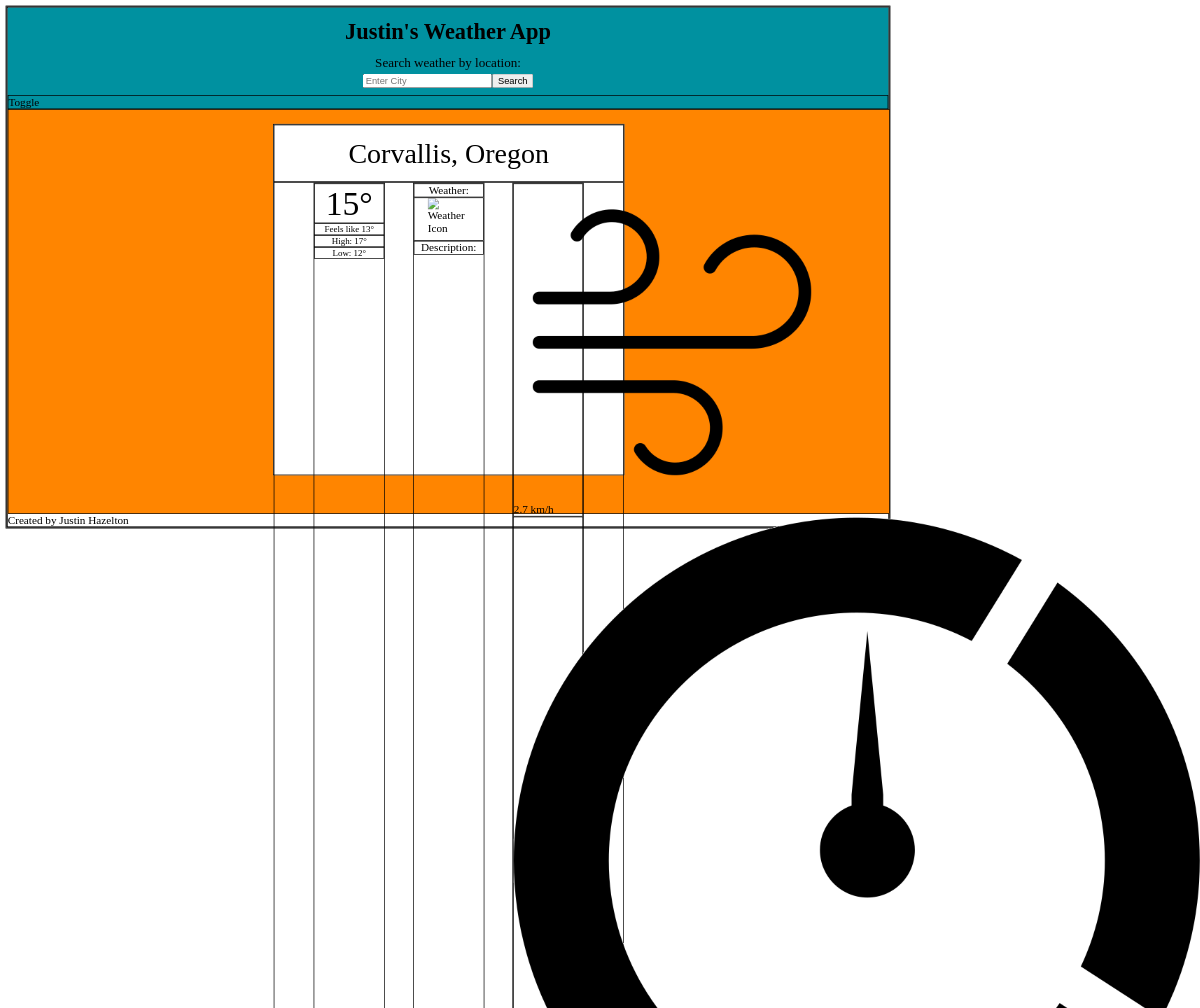
Repository: J-Haze/Weather
Page: /
The author's editor kept a copy of each file at every save. The page is drawn from the files as they stood at one save, then again after the next save.
The browser window is 1280 px wide. The page is 1714 px wide, then 1280 px, so the pictures cover 1714 px, including what lies to the right of the window. The pictures show the part of the page from y = 0 to 1440 px (the page is 2216 px tall before and 763 px after), at 70% of full size.
The project was rebuilt for these pictures with package versions that can differ from the ones it lists, and the page was loaded fresh each time. Also part of the build but not shown: src/index.css.

Above is the page before, as saved 2020-09-06 21:36:35.

### public/index.html
<!DOCTYPE html>
<html lang="en">
  <head>
    <meta charset="utf-8" />
    <link rel="icon" href="%PUBLIC_URL%/favicon.ico" />
    <meta name="viewport" content="width=device-width, initial-scale=1" />
    <meta name="theme-color" content="#000000" />
    <meta
      name="description"
      content="Web site created using create-react-app"
    />
    <link rel="apple-touch-icon" href="%PUBLIC_URL%/logo192.png" />
    <!--
      manifest.json provides metadata used when your web app is installed on a
      user's mobile device or desktop. See https://developers.google.com/web/fundamentals/web-app-manifest/
    -->
    <link rel="manifest" href="%PUBLIC_URL%/manifest.json" />
    <!--
      Notice the use of %PUBLIC_URL% in the tags above.
      It will be replaced with the URL of the `public` folder during the build.
      Only files inside the `public` folder can be referenced from the HTML.

      Unlike "/favicon.ico" or "favicon.ico", "%PUBLIC_URL%/favicon.ico" will
      work correctly both with client-side routing and a non-root public URL.
      Learn how to configure a non-root public URL by running `npm run build`.
    -->
    <title>Weather App ⛅</title>
  </head>
  <body>
    <noscript>You need to enable JavaScript to run this app.</noscript>
    <div id="root"></div>
    <!--
      This HTML file is a template.
      If you open it directly in the browser, you will see an empty page.

      You can add webfonts, meta tags, or analytics to this file.
      The build step will place the bundled scripts into the <body> tag.

      To begin the development, run `npm start` or `yarn start`.
      To create a production bundle, use `npm run build` or `yarn build`.
    -->
  </body>
</html>

### src/App.js
import React from "react";
import "./App.css";
import Weather from "./components/Weather"


// import Results from "./components/Results"

function App() {
  return (
    <div className="App" >
      <Weather />
    </div >
  )

}

export default App;

### src/App.css
:root{
    --light-blue: rgb(0,145,160);
    --orange: rgb(255, 133, 0);
    --dark-blue: rgb(0, 39, 96);
}

div {
    border: solid black 1px;
}

/* #root{
        width: 100%;
        height: 100%;
        bottom: 0px;
}

#app{
        width: 100%;
        height: 100%;
        bottom: 0px;
} */

header{
    background-color: var(--light-blue);
    display: flex;
    flex-direction: column;
    margin-left: auto;
    margin-right: auto;
    justify-content: center;
}

#title{
    display: flex;
    margin-left: auto;
    margin-right: auto;
    justify-content: center;
    /* align-items: center; */
    font-size: 2em;
    margin-top: 15px;
    margin-bottom: 15px;
    font-weight: bold;

    border: none;
}

#subtitle{
    display: flex;
    justify-content: center;
     align-items: center;
     margin-top: none;
     margin-bottom: 5px;;
    font-size: 1.17em;

    border: none;
}

#form{
    display: flex;
    margin-bottom: 10px;
}

#search-box{
    display: flex;
        margin-left: auto;
    justify-content: center;
     align-items: center;

}

#search-button{
    margin-right: auto;

      position: relative;
  /* width: 30px; */
  /* height: 30px;
  line-height: 30px; */
  color: black;
  /* flex-shrink: 0; */
}

#fa-search-location{
    display: flex;
    height: 100%;
    width: 100%;
    color: black;
}

#results-section{
    background-color: var(--orange);
    width: 100%;
    margin-top: 0px;
    height: 100%;
    min-height: 80vh;
}



#results-card{
    background-color: white;
    width: 500px;
    height: 500px;
    margin-top: 20px;
    margin-left: auto;
    margin-right: auto;
}

.location{
    display: flex;
    margin-left: auto;
    margin-right: auto;
    justify-content: center;
     align-items: center;
     height: 80px;
     font-size: 2.5em;
}

.row{
    display: flex;
}

.temp-container{
    margin-left: auto;
    width: 100px;
}

.weather-container{
    margin-left: 40px;
    margin-right: 40px;
    width: 100px;
}

.other-container{
    margin-right: auto;
    width: 100px;
}

.temp-main{
    display: flex;
    font-size: 3em;
    justify-content: center;
    align-items: center;
}

.temp{
        display: flex;
    font-size: .8em;
    justify-content: center;
    align-items: center;
}

.mid{
    display: flex;
    justify-content: center;
    align-items: center;
}

.weather{
    margin-top: 0px;
    margin-bottom: auto;
}

.icon{
    height: 60px;
    width: 60px;
    margin-top: auto;
    margin-bottom: auto;
}

.description{
    margin-top: auto;
    margin-bottom: 0px;
}

.fa-wind{
    content: /f72e;
}

### src/components/Weather.js
import React from 'react';
// import getWeather from "./getWeather";
import { useState, useEffect } from 'react';
import "../App.css";
// import { getIconClass, makeDate } from '../Helpers';
import '../../node_modules/font-awesome/css/font-awesome.min.css';


//Weather Icons
import sun from '../assets/icons/01n.png'
import cloud from '../assets/icons/02n.png'
import scatteredCloud from '../assets/icons/03n.png'
import brokenCloud from '../assets/icons/04n.png'
import rain from '../assets/icons/09n.png'
import heavyRain from '../assets/icons/10n.png'
import thunderstorm from '../assets/icons/11n.png'
import snow from '../assets/icons/13n.png'
import mist from '../assets/icons/50n.png'
import windy from '../assets/icons/wind.png'
import pressIcon from '../assets/icons/pressure.png'
import humidIcon from '../assets/icons/humidity.png'


const Weather = () => {

    let [error, setError] = useState(false);
    let [loading, setLoading] = useState(false);
    let [errorMessage, setErrorMessage] = useState("");

    let [location, setLocation] = useState("");
    const [data, setData] = useState(null);
    const [url, setUrl] = useState("")

    const [city, setCity] = useState("");
    const [country, setCountry] = useState("");
    const [weather, setWeather] = useState("");
    const [description, setDescription] = useState("");
    const [icon, setIcon] = useState("");
    const [pressure, setPressure] = useState("");
    const [humidity, setHumidity] = useState("");
    const [wind, setWind] = useState("");

    const [temp, setTemp] = useState("");
    const [max, setMax] = useState("");
    const [min, setMin] = useState("");
    const [feel, setFeel] = useState("");

    // const [searched, setSearched] = useState("false")

    //to keep API hidden:
    //const API_KEY = process.env.REACT_APP_API_KEY;
    const API_KEY = process.env.REACT_APP_API_KEY;


    const handleChange = (event) => {
        event.preventDefault();
        setLocation(event.target.value);
        console.log("event.target.value:", event.target.value)
    };

    const handleSubmit = (event) => {
        event.preventDefault();
        let urlInput = `https://api.openweathermap.org/data/2.5/weather?q=${location}&appid=${API_KEY}`
        setUrl(urlInput)
    };

    useEffect(() => {
        if (!url) return;
        console.log("url:", url)
        const fetchWeather = async () => {
            setLoading(true);
            setError(false);
            try {
                const response = await fetch(url);
                const data = await response.json();
                console.log()
                if (data.cod !== 200) throw new Error(`${data.cod}: ${data.message}`);
                setData(data);
                setCity(data.name);
                setCountry(data.sys.country)
                // date: makeDate(),
                setWeather(data.weather[0].main);
                setDescription(data.weather[0].description);
                setIcon(data.weather[0].icon)
                //^^ get picture based on what the icon is
                setPressure(data.main.pressure);
                setHumidity(data.main.humidity);
                setWind(data.wind.speed);
                setTemp(data.main.temp);
                setMax(data.main['temp_max']);
                setMin(data.main['temp_min']);
                setFeel(data.main['feels_like']);
            } catch (error) {
                setError(true);
                setErrorMessage(error.message);
                console.log(error);
            }
        };
        setLoading(false);
        fetchWeather();
    },
        [url]
    );

    const weatherIcons = {
        '01n': sun,
        '02n': cloud,
        '03n': scatteredCloud,
        '04n': brokenCloud,
        '09n': rain,
        '10n': heavyRain,
        '11n': thunderstorm,
        '13n': snow,
        '50n': mist,
        '200': windy,
        '300': pressIcon,
        '400': humidIcon
    };


    // function toCelsius(fahrenheit) {
    //     return (fahrenheit - 32) * 5 / 9;
    // }

    // function toFahrenheit(celsius) {
    //     return (celsius * 9 / 5) + 32;
    // }


    console.log(error, loading, errorMessage, data)

    return (
        <div id="app">
            <header id="header">
                <div id="title" >Justin's Weather App</div>
                <div id="subtitle"> Search weather by location:</div>
                <form onSubmit={handleSubmit} id="form">
                    <input
                        type="text"
                        name="location"
                        placeholder="Enter City"
                        maxLength="50"
                        value={location || ""}
                        onChange={handleChange}
                        id="search-box"
                    />
                    <button type="submit" id="search-button">
                        <i className="fas fa-search-location"></i>
                        Search
                    </button>
                </form>
                <div> Toggle </div>
            </header>
            <div id="results-section">
                <div id="results-card">
                    <div className="location">
                        {`Corvallis, Oregon${city}${country}`}
                    </div>

                    <div className="row">
                        <div className="temp-container">
                            <div className="temp-main">15&#176; {temp}</div>
                            <div className="feel temp">Feels like 13&#176; {feel}</div>
                            <div className="max temp">High: 17&#176; {max}</div>
                            <div className="min temp">Low: 12&#176; {min}</div>

                        </div>

                        <div className="weather-container">
                            <div className="weather mid"> Weather: {weather} </div>
                            <div className="mid"><img src={weatherIcons[icon]} className="icon" alt="Weather Icon" /></div>
                            <div className="description mid">Description: {description}</div>
                        </div>

                        <div className="other-container">
                            <div className="wind other"><img src={weatherIcons['200']} className="windy" alt="Wind Icon" />2.7{wind} km/h</div>
                            <div className="pressure other">
                                <img src={weatherIcons['300']} className="windy" alt="Wind Icon" />1022  {pressure} hPa
                            </div>
                            <div className="humidity other">
                                <img src={weatherIcons['400']} className="windy" alt="Wind Icon" /> 77{humidity} %</div>
                        </div>
                    </div>
                </div>
            </div>
            <footer>
                Created by Justin Hazelton
            </footer>
        </div>
    )

}

export default Weather

Loaded but not shown: src/index.js (common file); src/serviceWorker.js (common file)

After the next save:
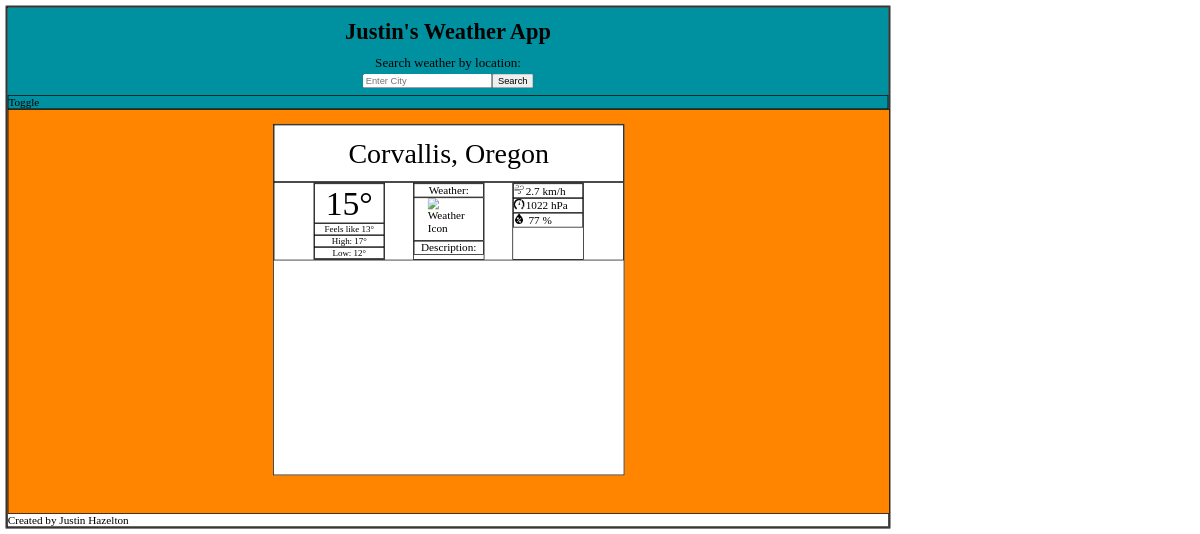
Saved 46 s later.
--- a/src/App.css
+++ b/src/App.css
@@ -171,6 +171,8 @@ header{
     margin-bottom: 0px;
 }
 
-.fa-wind{
-    content: /f72e;
+.windy{
+    height: 15px;
+    width: 15px;
+    margin-right: 2px;
 }
